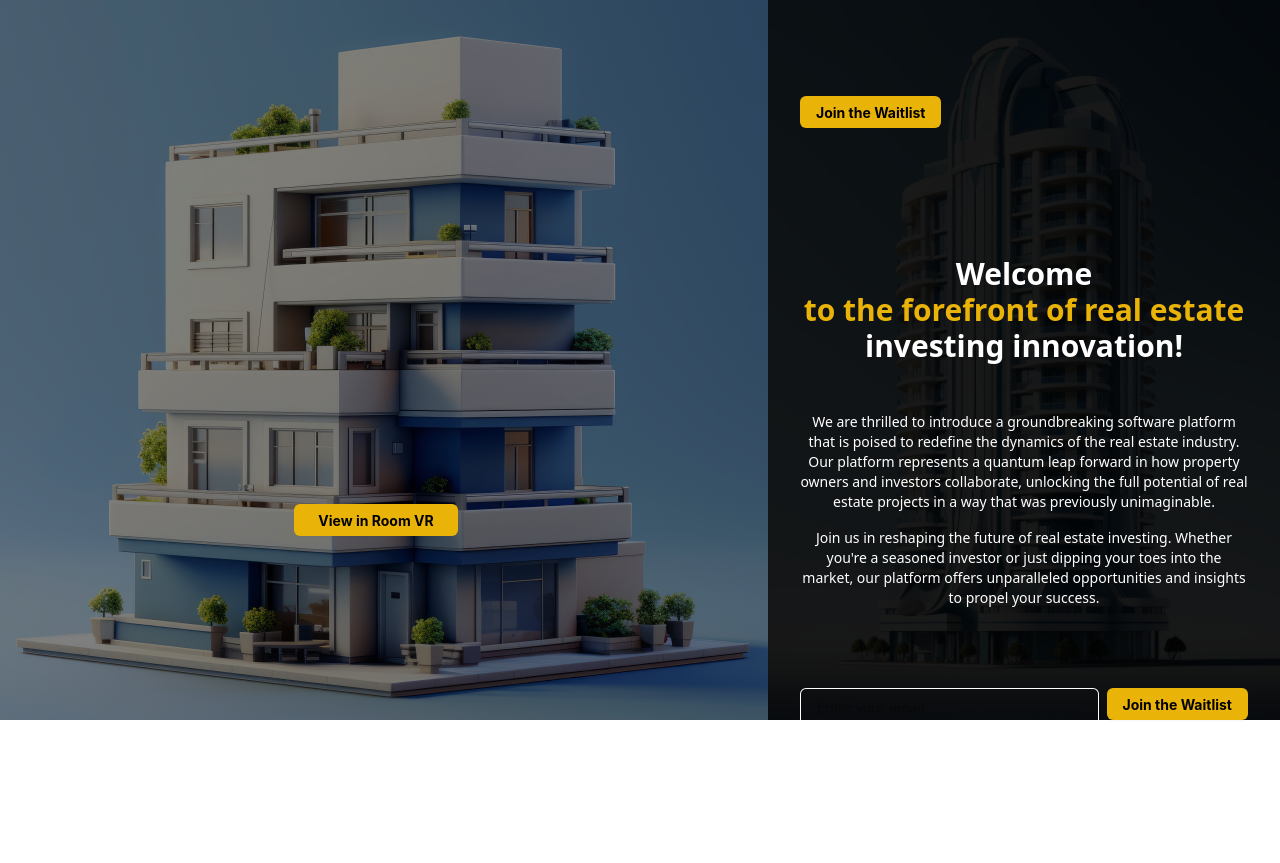
Repository: brytemenz/investnest-landing
Page: /
The author's editor kept a copy of each file at every save. The page is drawn from the files as they stood at one save, then again after the next save.
The browser window is 1280 px wide. The pictures show the whole page.
The project was rebuilt for these pictures with package versions that can differ from the ones it lists, and the page was loaded fresh each time. Also part of the build but not shown: vite.config.js, src/components/ThreeDImage.jsx.

Above is the page before, as saved 2024-05-29 15:36:13.

### src/main.jsx
// src/main.jsx
import 'antd/dist/reset.css';
import './index.css';
import './landingPage.css';
import React from 'react';
import ReactDOM from 'react-dom/client';
import App from './App';

ReactDOM.createRoot(document.getElementById('root')).render(
  <React.StrictMode>
    <App />
  </React.StrictMode>
);

### src/landingPage.css
/* src/landingPage.css */
.bg-cover {
  background-size: cover;
}

.bg-center {
  background-position: center;
}


/* landingPage.css */
/* landingPage.css */
.left-image {
  height: 100%;
  background-image: url('./assets/leftimage.jpg'); /* Ensure the path is correct */
  background-size: cover;
  background-position: center;
  background-repeat: no-repeat;
}

@keyframes fadeIn {
  from {
    opacity: 0;
  }
  to {
    opacity: 1;
  }
}

.landing-page.loaded {
  animation: fadeIn 0.5s ease-in-out;
}

@keyframes fadeIn {
  from {
    opacity: 0;
  }
  to {
    opacity: 1;
  }
}

.landing-page.loaded {
  animation: fadeIn 0.5s ease-in-out;
}

.hover\:text-gold:hover {
  color: gold;
}

.hover\:px-6:hover {
  padding-left: 1.5rem;
  padding-right: 1.5rem;
}

.hover\:py-3:hover {
  padding-top: 0.75rem;
  padding-bottom: 0.75rem;
}

### src/App.jsx
// App.jsx
import React, { useState, useEffect } from 'react';
import LandingPage from './pages/landingPage';
import LoadingSpinner from './components/loadingSpinner';

const App = () => {
  const [loading, setLoading] = useState(true);

  useEffect(() => {
    // Simulate a delay to mimic loading process
    const timeout = setTimeout(() => {
      setLoading(false);
    }, 2000);

    // Clean up the timeout
    return () => clearTimeout(timeout);
  }, []);

  return (
    <>
      {loading ? <LoadingSpinner /> : <LandingPage />}
    </>
  );
};

export default App;

### src/pages/landingPage.jsx
import React, { useState, useEffect } from 'react';
import rightImage from '../assets/rightimage.jpg';
import { Button, Input } from 'antd';
import { FontAwesomeIcon } from '@fortawesome/react-fontawesome';
import { faFacebook, faLinkedin, faInstagram, faTwitter } from '@fortawesome/free-brands-svg-icons';
import LoadingSpinner from '../components/loadingSpinner';
import ThreeDImage from '../components/ThreeDImage';

const LandingPage = () => {
  const [isLoading, setIsLoading] = useState(true);
  const [show3DModel, setShow3DModel] = useState(false);
  const [viewMode, setViewMode] = useState(null);

  useEffect(() => {
    const timer = setTimeout(() => {
      setIsLoading(false);
    }, 2000);

    return () => clearTimeout(timer);
  }, []);

  const handleView3DModel = (mode) => {
    setShow3DModel(true);
    setViewMode(mode);
  };

  return (
    <div className="landing-page min-h-screen flex flex-col lg:flex-row">
      {isLoading ? (
        <LoadingSpinner />
      ) : (
        <>
          <div className="w-full lg:w-3/5 relative">
            {show3DModel ? (
              <ThreeDImage modelUrl="/room.glb" mode={viewMode} />
            ) : (
              <div className="h-full relative">
                <div className="left-image">
                  <div className="absolute inset-0 bg-black bg-opacity-50 flex flex-col items-center justify-center space-y-4">
                    <Button
                      onClick={() => handleView3DModel('vr')}
                      className="bg-yellow-500 text-black px-6 rounded-md font-bold mt-80 mr-4 self-center transition duration-300 ease-in-out hover:text-yellow-500"
                      style={{ border: 'none' }} // Removed the white stroke
                    >
                      View in Room VR
                    </Button>
                  </div>
                </div>
              </div>
            )}
          </div>
          <div className="w-full lg:w-2/5 relative flex flex-col justify-end">
            <div className="bg-cover bg-center h-full" style={{ backgroundImage: `url(${rightImage})` }}>
              <div className="absolute inset-0 bg-black bg-opacity-90 flex flex-col justify-start items-start text-white px-8">
                <div className="mt-24 text-center"> {/* Adjusted here */}
                  <Button className="bg-yellow-500 text-black px-4 prounded-md font-bold hover:text-yellow-500" style={{ border: 'none', margin: 'auto' }}>Join the Waitlist</Button> {/* Adjusted margin */}
                </div>
                <div className="mt-32 text-left lg:text-center"> {/* Adjusted here */}
                  <h2 className="text-3xl font-bold mb-4">Welcome <br /><span className='text-yellow-500'>to the forefront of real estate </span><br />investing innovation!</h2>
                  <p className="text-sm mt-12">
                    We are thrilled to introduce a groundbreaking software platform that is poised to redefine the dynamics of the real estate industry.
                    Our platform represents a quantum leap forward in how property owners and investors collaborate, unlocking the full potential of
                    real estate projects in a way that was previously unimaginable.
                  </p>
                  <p className="text-sm mt-4">
                    Join us in reshaping the future of real estate investing. Whether you're a seasoned investor or just dipping your toes into the market,
                    our platform offers unparalleled opportunities and insights to propel your success.
                  </p>
                  <div className="mt-20 flex justify-center">
                    <Input placeholder="Enter your email" className="border-b-2 border-white bg-transparent text-white placeholder-white::placeholder px-4 py-2 focus:outline-none focus:border-yellow-500" />
                    <Button className="bg-yellow-500 text-black px-4 prounded-md font-bold ml-2 hover:text-yellow-500" style={{ border: 'none' }}>Join the Waitlist</Button>
                  </div>
                </div>
                <div className="text-sm mt-8 flex items-center justify-center mx-auto">
                  <FontAwesomeIcon icon={faFacebook} className="text-yellow mr-4 cursor-pointer" />
                  <FontAwesomeIcon icon={faLinkedin} className="text-yellow mr-4 cursor-pointer" />
                  <FontAwesomeIcon icon={faInstagram} className="text-yellow mr-4 cursor-pointer" />
                  <FontAwesomeIcon icon={faTwitter} className="text-yellow mr-4 cursor-pointer" />
                </div>
                <div className="text-sm mt-12">
                  <p>www.investnest.net | Email: info@investnest.net | Contacts: 0209156282 / 0506154295</p>
                </div>
              </div>
            </div>
          </div>
        </>
      )}
    </div>
  );
};

export default LandingPage;

### src/components/loadingSpinner.jsx
// src/pages/LoadingSpinner.jsx
import React from 'react';
import { CircleLoader } from 'react-spinners';

const LoadingSpinner = () => {
  return (
    <div className="flex justify-center items-center min-h-screen">
      <CircleLoader color="#FFC107" />
    </div>
  );
};

export default LoadingSpinner;

Loaded but not shown: src/index.css (common file); tailwind.config.js (common file)

After the next save:
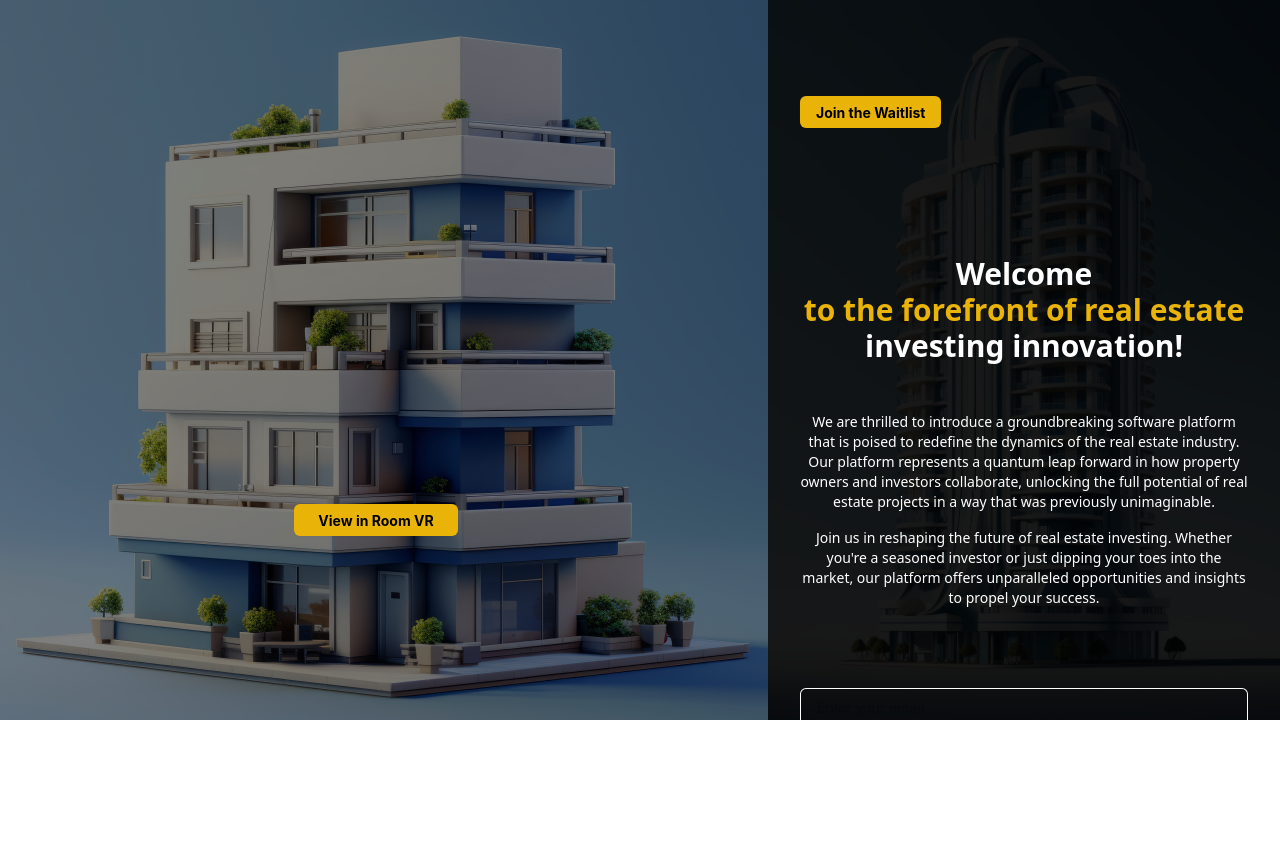
Saved 2 min 42 s later.
--- a/src/pages/landingPage.jsx
+++ b/src/pages/landingPage.jsx
@@ -68,7 +68,6 @@ const LandingPage = () => {
                   </p>
                   <div className="mt-20 flex justify-center">
                     <Input placeholder="Enter your email" className="border-b-2 border-white bg-transparent text-white placeholder-white::placeholder px-4 py-2 focus:outline-none focus:border-yellow-500" />
-                    <Button className="bg-yellow-500 text-black px-4 prounded-md font-bold ml-2 hover:text-yellow-500" style={{ border: 'none' }}>Join the Waitlist</Button>
                   </div>
                 </div>
                 <div className="text-sm mt-8 flex items-center justify-center mx-auto">
